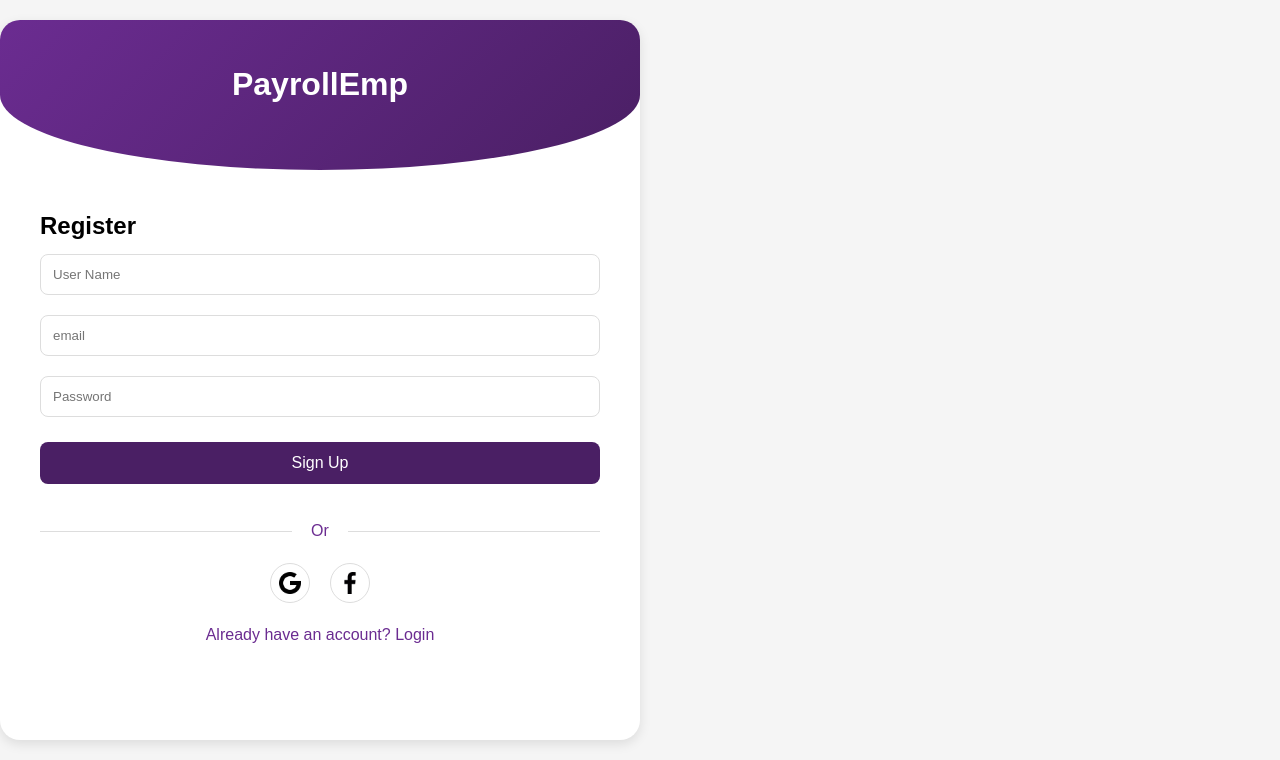
Repository: nino-pixel/payrolllatest
Page: /signup (app in web_vue/)
These files come from the project's save history. The page is drawn as it stood at one moment and after a run of saves; the edit follows.
The browser window is 1280 px wide. The pictures show the whole page.
The project was rebuilt for these pictures with package versions that can differ from the ones it lists, and the page was loaded fresh each time. Also part of the build but not shown: web_vue/vite.config.js, web_vue/src/components/Sidebar.vue, web_vue/src/components/login_page.vue, web_vue/src/components/dashboard.vue, web_vue/src/components/employee_management.vue, web_vue/src/components/attendance_management.vue, web_vue/src/components/generate_payroll.vue, web_vue/src/components/mark_attendance_manually.vue and 3 more.

Above is the page before, as saved 2024-12-20 09:15:04.

### web_vue/src/main.js
import { createApp } from 'vue'
import './style.css'
import App from './App.vue'
import router from './router'
import html2pdf from 'html2pdf.js';
// ECharts imports
import VChart from 'vue-echarts'
import { use } from 'echarts/core'
import { CanvasRenderer } from 'echarts/renderers'
import { PieChart, LineChart, BarChart, GaugeChart } from 'echarts/charts'
import {
  TitleComponent,
  TooltipComponent,
  LegendComponent,
  GridComponent
} from 'echarts/components'

// Register ECharts components
use([
  CanvasRenderer,
  PieChart,
  LineChart,
  BarChart,
  GaugeChart,
  TitleComponent,
  TooltipComponent,
  LegendComponent,
  GridComponent
])

const app = createApp(App)
app.component('v-chart', VChart)
app.use(router)
app.mount('#app')

### web_vue/src/style.css
:root {
  font-family: Inter, system-ui, Avenir, Helvetica, Arial, sans-serif;
  line-height: 1.5;
  font-weight: 400;
  color-scheme: light dark;
  color: rgba(255, 255, 255, 0.87);
  background-color: #242424;
  font-synthesis: none;
  text-rendering: optimizeLegibility;
  -webkit-font-smoothing: antialiased;
  -moz-osx-font-smoothing: grayscale;
}

body {
  margin: 0;
  padding: 0;
  min-height: 100vh;
  width: 100%;
}

/* Remove the centering and width constraints */
#app {
  max-width: none;
  margin: 0;
  padding: 0;
  width: 100%;
  min-height: 100vh;
}

/* Adjust other styles */
.card {
  padding: 2em;
  width: 100%;
  box-sizing: border-box;
}

button {
  border-radius: 8px;
  border: 1px solid transparent;
  padding: 0.6em 1.2em;
  font-size: 1em;
  font-weight: 500;
  font-family: inherit;
  background-color: #1a1a1a;
  cursor: pointer;
  transition: border-color 0.25s;
}

/* Media query adjustments */
@media (prefers-color-scheme: light) {
  :root {
    color: #213547;
    background-color: #ffffff;
  }
  a:hover {
    color: #747bff;
  }
  button {
    background-color: #f9f9f9;
  }
}

### web_vue/src/App.vue
<template>
  <div id="app">
    <!-- Show Sidebar only if user is logged in and not on login page -->
    <Sidebar v-if="isLoggedIn && !isLoginPage" />
    <Sidebar v-if="isSignupPage && !isSignupPage" />


    <!-- Main content area -->
    <div class="main-content" :class="{ 'with-sidebar': isLoggedIn && !isLoginPage }">


      <router-view></router-view>
    </div>
    <div class="main-content" :class="{ 'with-sidebar': isSignupPage && !isSignupPage }">


</div>
  </div>
</template>

<script>
import Sidebar from './components/Sidebar.vue'

export default {
  name: 'App',
  components: {
    Sidebar
  },
  computed: {
    isLoggedIn() {
      return !!localStorage.getItem('token')
    },
    isLoginPage() {
      return this.$route.path === '/login'
    },
    isSignupPage() {
      return !!localStorage.getItem('token')
    },
    isSignupPage() {
      return this.$route.path === '/signup'
    }
  }
}
</script>

<style>
* {
  margin: 0;
  padding: 0;
  box-sizing: border-box;
}

#app {
  font-family: Arial, sans-serif;
  -webkit-font-smoothing: antialiased;
  -moz-osx-font-smoothing: grayscale;
  display: flex;
  min-height: 100vh;
  background: #f5f5f5;
}

.main-content {
  flex: 1;
  min-height: 100vh;
  transition: margin-left 0.3s ease;
}

/* Add margin when sidebar is present */
.main-content.with-sidebar {
  margin-left: 250px; /* Same as sidebar width */
}

/* Responsive adjustments */
@media (max-width: 768px) {
  .main-content.with-sidebar {
    margin-left: 60px; /* Same as collapsed sidebar width */
  }
}

/* Global styles for consistent look */
button {
  cursor: pointer;
}

input, button {
  font-family: inherit;
}

/* Transition effects */
.fade-enter-active, .fade-leave-active {
  transition: opacity 0.3s;
}
.fade-enter, .fade-leave-to {
  opacity: 0;
}

/* Optional: Add scrollbar styling */
::-webkit-scrollbar {
  width: 8px;
}

::-webkit-scrollbar-track {
  background: #f1f1f1;
}

::-webkit-scrollbar-thumb {
  background: #888;
  border-radius: 4px;
}

::-webkit-scrollbar-thumb:hover {
  background: #555;
}
</style>

### web_vue/src/router/index.js
import { createRouter, createWebHistory } from 'vue-router'
import LoginPage from '../components/login_page.vue'
import SignupPage from '../components/sign_up.vue'
import Dashboard from '../components/dashboard.vue'
import EmployeeManagement from '../components/employee_management.vue'
import AttendanceManagement from '../components/attendance_management.vue'
import GeneratePayroll from '../components/generate_payroll.vue'
import MarkAttendanceManually from '../components/mark_attendance_manually.vue'
import ViewPaymentHistory from '../components/view_payment_history.vue'
import SalaryAdjustment from '../components/salary_adjustment.vue'
import reports_and_analytics from '../components/reports_and_analytics.vue'
import Sidebar from '../components/Sidebar.vue'
const routes = [
  {
    path: '/login',
    name: 'Login',
    component: LoginPage,
    meta: { requiresAuth: false },
    layout: 'no-sidebar'  // Add this meta field


  },
  {
    path: '/',
    redirect: '/dashboard'
  },
  {
    path: '/signup',
    name: 'Signup',
    component: SignupPage,
    meta: { requiresAuth: false },
    layout: 'no-sidebar'  // Add this meta field


  },
  {
    path: '/dashboard',
    name: 'Dashboard',
    component: Dashboard,
    meta: { requiresAuth: true }

  },
  {
    path: '/employees',
    name: 'Employees',
    component: EmployeeManagement,
    meta: { requiresAuth: true }

  },
  {
    path: '/attendance',
    name: 'Attendance',
    component: AttendanceManagement,
    meta: { requiresAuth: true }

  },
  {
    path: '/generate_payroll',
    name: 'GeneratePayroll',
    component: GeneratePayroll
  },
  {
    path: '/mark_attendance_manually',
    name: 'MarkAttendanceManually',
    component: MarkAttendanceManually
  },
  {
    path: '/view_payment_history',
    name: 'ViewPaymentHistory',
    component: ViewPaymentHistory
  },
  {
    path: '/salary_adjustment',
    name: 'SalaryAdjustment',
    component: SalaryAdjustment
  },
  {
    path: '/reports_and_analytics',
    name: 'ReportsAndAnalytics',
    component: reports_and_analytics
  },
  {
    path: '/sidebar',
    name: 'Sidebar',
    component: Sidebar
  }

  // Add other routes here as needed
]

const router = createRouter({
  history: createWebHistory(),
  routes
})
router.beforeEach((to, from, next) => {
  const isAuthenticated = !!localStorage.getItem('token')

  // If route requires auth and user is not authenticated
  if (to.meta.requiresAuth && !isAuthenticated) {
    next('/login')
  }
  // If trying to access login/signup while authenticated
  else if ((to.path === '/login' || to.path === '/signup') && isAuthenticated) {
    next('/dashboard')
  }
  // Otherwise proceed normally
  else {
    next()
  }
})
export default router

### web_vue/src/components/sign_up.vue
<template>
  <div class="signup-container">
    <div class="wave-bg"></div>
    <h1>PayrollEmp</h1>

    <div class="signup-form">
      <h2>Register</h2>
      <input
        type="text"
        v-model="username"
        placeholder="User Name"
      >
      <input
        type="text"
        v-model="email"
        placeholder="email"
      >
      <input
        type="password"
        v-model="password"
        placeholder="Password"
      >
      <button
        class="sign-up"
        @click="handlesignup"
      >
        Sign Up
      </button>

      <div class="divider">
        <span>Or</span>
      </div>

      <div class="social-signup">
        <button class="google" @click="handleGooglesignup">
          <img src="../assets/google-icon.png" alt="Google">
        </button>
        <button class="facebook" @click="handleFacebooksignup">
          <img src="../assets/facebook-icon.png" alt="Facebook">

        </button>
      </div>

      <p class="signup-link">
    Already have an account?
    <router-link :to="{path: '/'}">Login</router-link>
  </p>
    </div>
  </div>
</template>

<script>
export default {
  name: 'signupPage',
  data() {
    return {
      username: '',
      password: ''
    }
  },
  methods: {
    handlesignup() {
      // Implement signup logic here
      console.log('signup attempt with:', {
        username: this.username,
        password: this.password
      })
    },
    handleGooglesignup() {
      // Implement Google signup logic
      console.log('Google signup clicked')
    },
    handleFacebooksignup() {
      // Implement Facebook signup logic
      console.log('Facebook signup clicked')
    },
    goToSignup() {
      // Implement navigation to signup page
      console.log('Navigate to signup')
      // this.$router.push('/signup')
    }
  }
}
</script>

<style scoped>
h2{
  color: black;
}
/* Your existing CSS remains the same */
body {
    margin: 0;
    font-family: Arial, sans-serif;
    background: #f5f5f5;
    overflow: hidden;
}

.signup-container {
  width: 100%;
    position: relative;
    min-height: 100vh;  /* Changed from max-width to min-height */
    margin: 20px auto;
    padding: 20px;
    background: white;
    border-radius: 20px;
    box-shadow: 0 4px 12px rgba(0,0,0,0.1);
    display: flex;      /* Added for better centering */
    flex-direction: column;
    align-items: center;
}

.wave-bg {
    position: absolute;
    top: 0;
    left: 0;
    right: 0;
    height: 150px;
    background: linear-gradient(135deg, #6b2c91, #4a1f64);
    border-radius: 20px 20px 50% 50%;
}

h1 {
    color: white;
    position: relative;
    margin: 20px;
}

.signup-form {
    padding: 20px;
    margin-top: 60px;
}

input {
    width: 100%;
    padding: 12px;
    margin: 10px 0;
    border: 1px solid #ddd;
    border-radius: 8px;
    box-sizing: border-box;
}

.sign-up {
    width: 100%;
    padding: 12px;
    background: #4a1f64;
    color: white;
    border: none;
    border-radius: 8px;
    margin: 15px 0;
    cursor: pointer;
}

.divider {
    text-align: center;
    margin: 20px 0;
    position: relative;

    color: #6b2c91;
}

.divider::before,
.divider::after {
    content: "";
    position: absolute;
    top: 50%;
    width: 45%;
    height: 1px;
    background: #ddd;

    color: #6b2c91;
}

.divider::before { left: 0; }
.divider::after { right: 0; }

.social-signup {
    display: flex;
    justify-content: center;
    gap: 20px;
}

.social-signup button {
    width: 40px;
    height: 40px;
    border-radius: 50%;
    border: 1px solid #ddd;
    background: white;
    cursor: pointer;
    padding: 8px;
}

.social-signup img {
    width: 100%;
    height: 100%;
    object-fit: contain;
}

.signup-link {
    text-align: center;
    margin-top: 20px;
    color: #6b2c91;

}

.signup-link a {
    color: #6b2c91;
    text-decoration: none;
}
</style>

After the next 2 saves:
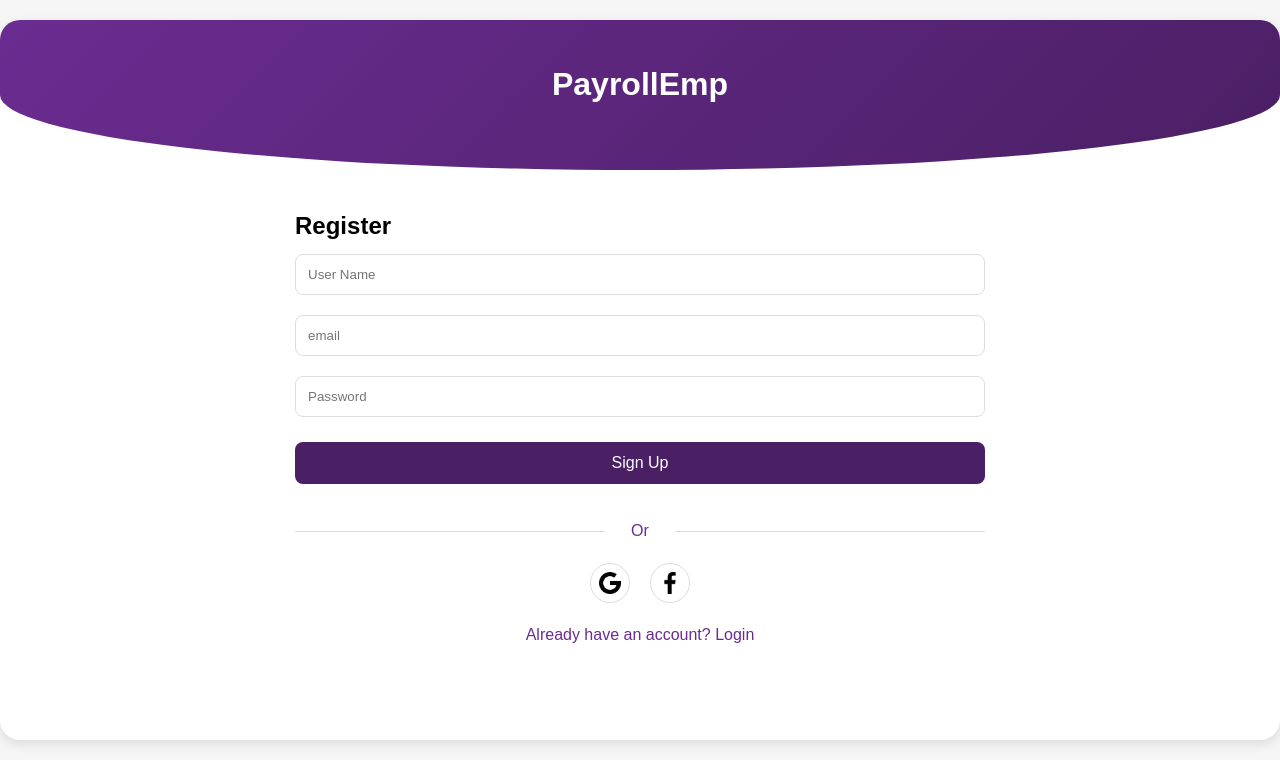
The 2 saves are shown as one change because they came seconds apart.
The last was saved 9 s later.
--- a/web_vue/src/App.vue
+++ b/web_vue/src/App.vue
@@ -11,10 +11,8 @@
 
       <router-view></router-view>
     </div>
-    <div class="main-content" :class="{ 'with-sidebar': isSignupPage && !isSignupPage }">
 
 
-</div>
   </div>
 </template>
 
